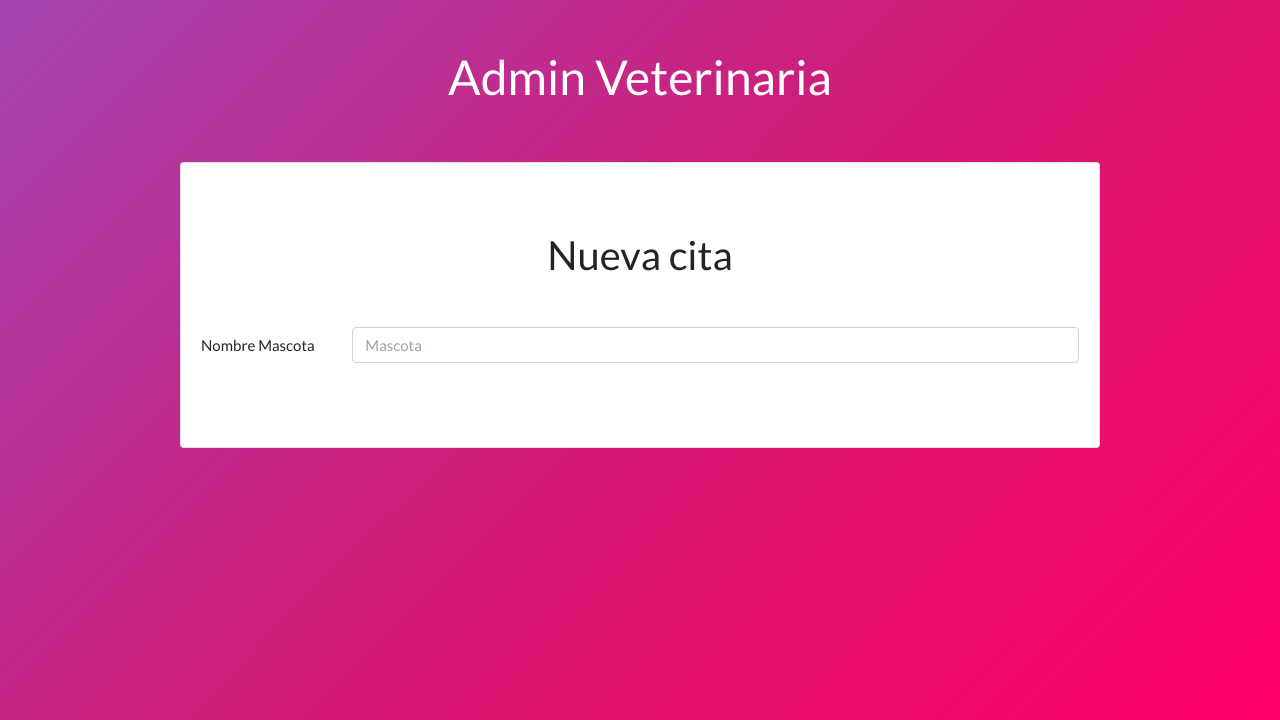
Repository: ppfeliuu/Veterinaria
Page: /
These files come from the project's save history. The page is drawn as it stood at one moment and after the next save; the edit follows.
The browser window is 1280 px wide. The pictures show the whole page.
The project was rebuilt for these pictures with package versions that can differ from the ones it lists, and the page was loaded fresh each time.

Above is the page before, as saved 2019-06-17 17:11:51.

After the next save:
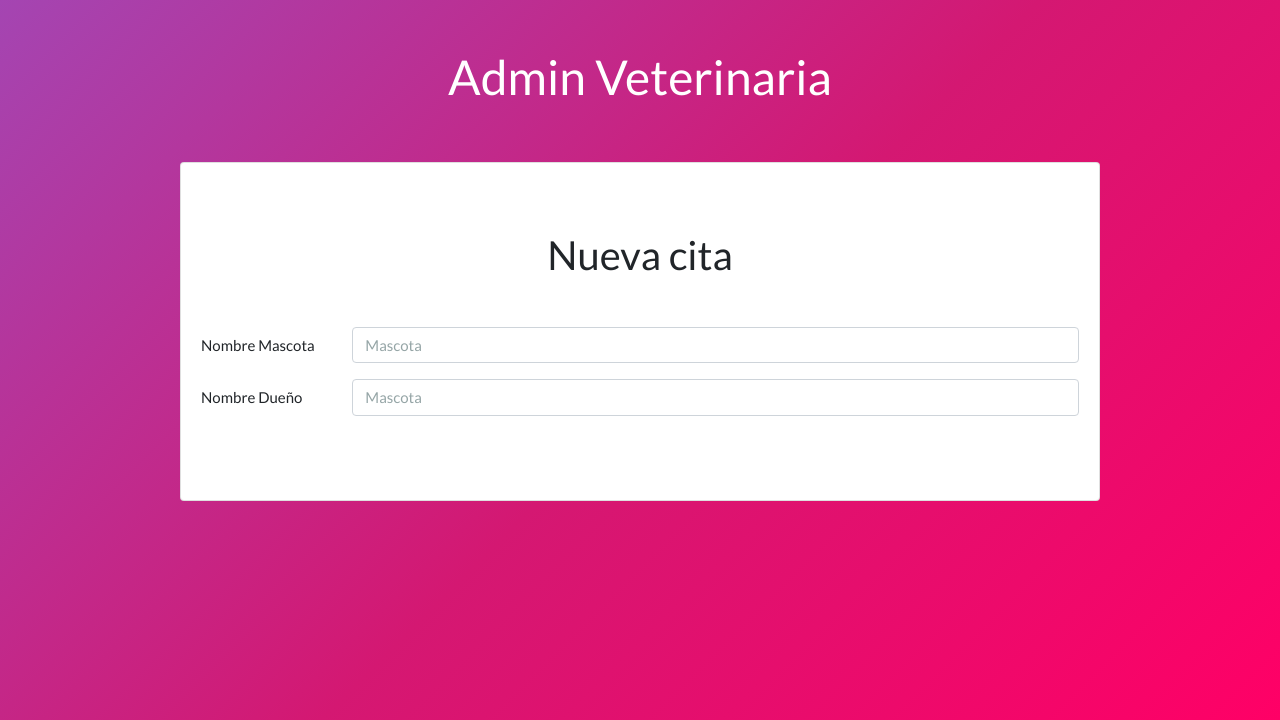
Saved 38 s later.
--- a/src/components/NuevaCita.js
+++ b/src/components/NuevaCita.js
@@ -25,6 +25,18 @@ class NuevaCita extends Component {
                                 className="form-control"
                                 placeholder="Mascota" />
                           </div>
+                        </div>
+
+                        <div class="form-group row">
+                          <label className="col-sm-4 col-lg-2 col-form-label">Nombre Dueño</label>
+                          <div className="col-sm-8 col-lg-10">
+                            <input
+                                type="text"
+                                name="mascota"
+                                id=""
+                                className="form-control"
+                                placeholder="Mascota" />
+                          </div>
 
                         </div>
                     </form>
